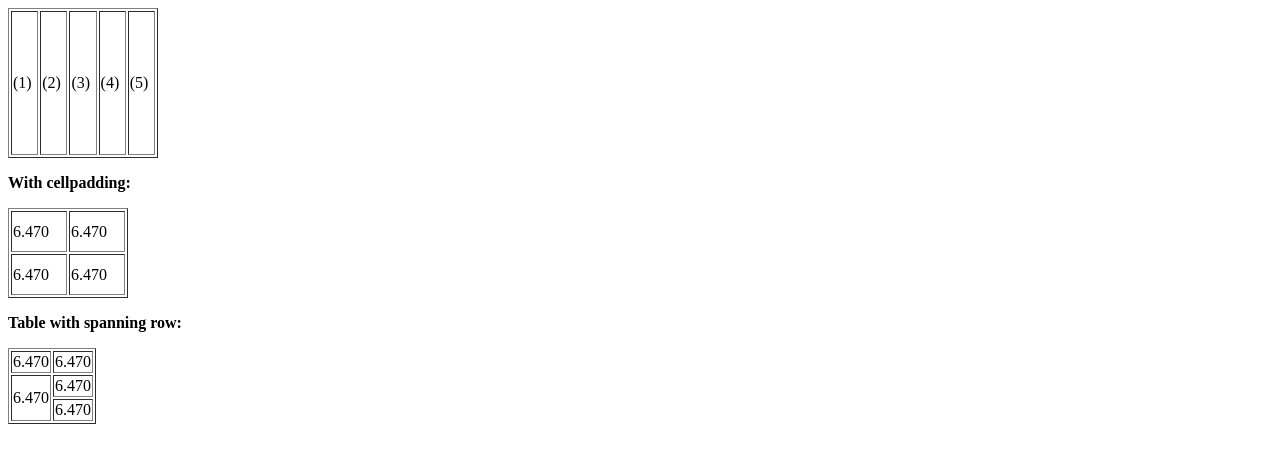
Repository: PhamChiXuan1/HTCNW_tuan3_DHCNTT16C_PhamChiXuan_20030131
Page: bt6b.html
These files come from the project's save history. The page is drawn as it stood at one moment and after the next save; the edit follows.
The browser window is 1280 px wide. The pictures show the whole page.

Above is the page before, as saved 2022-02-26 22:46:25.

After the next save:
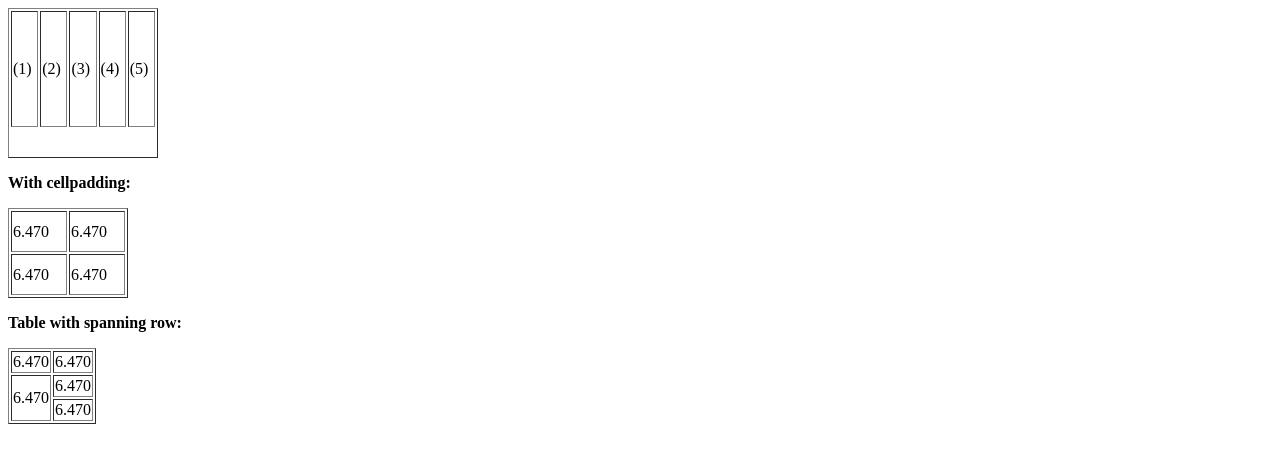
Saved 68 s later.
--- a/bt6b.html
+++ b/bt6b.html
@@ -8,11 +8,27 @@
 </head>
 <body>
     <table border="1" width="150px" height="150">
-        <td>(1)</td>
+        <tr>
+            <td>(1)</td>
         <td>(2)</td>
         <td>(3)</td>
         <td colspan="2">(4)</td>
         <td>(5)</td>
+        </tr>
+        <tr></tr>
+        <tr></tr>
+        <tr></tr>
+        <tr></tr>
+        <tr></tr>
+        <tr></tr>
+        <tr></tr>
+        <tr></tr>
+        <tr></tr>
+        <tr></tr>
+        <tr></tr>
+        <tr></tr>
+        <tr></tr>
+        <tr></tr>
     </table>
     <table border="1" width="120px" height="90">
         <P><B>With cellpadding:</B></P>
